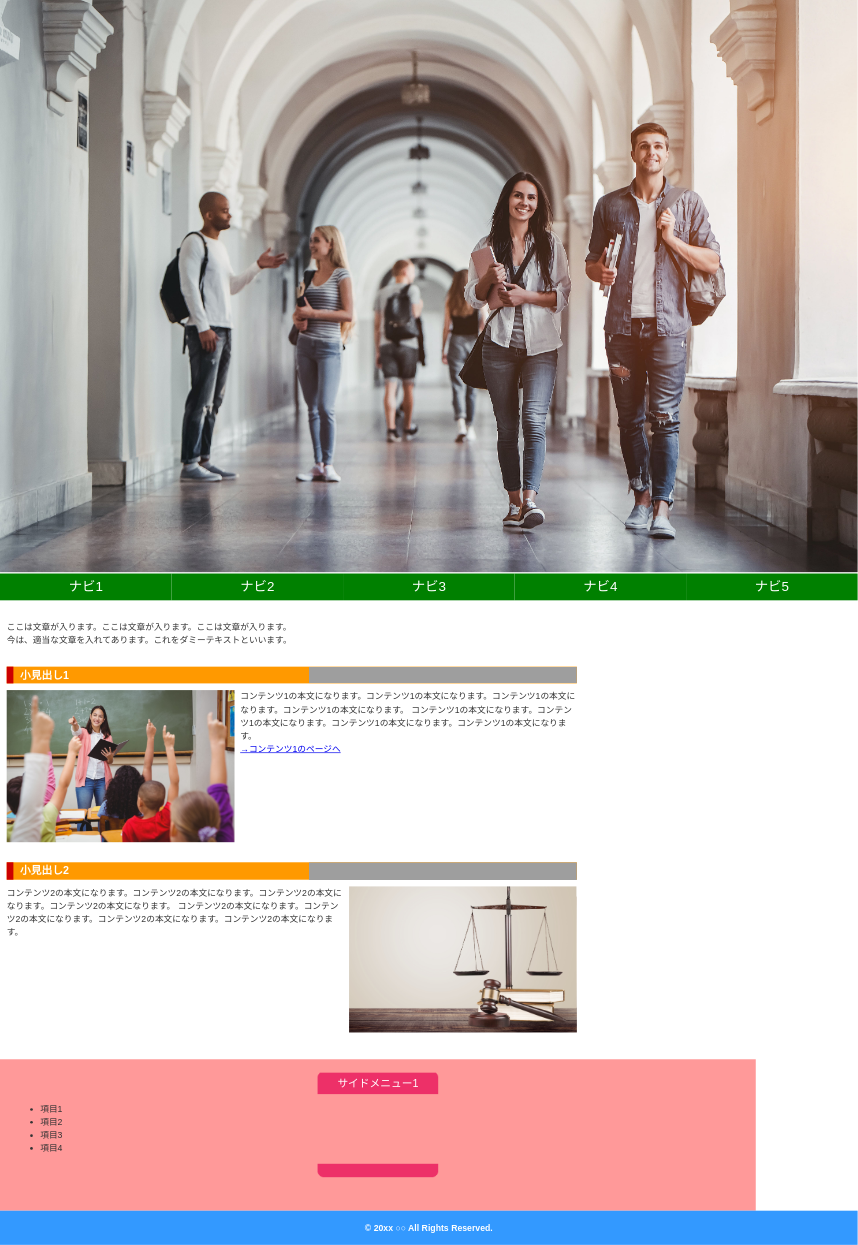
Repository: masa-b24/samurai_HTML-CSS
Page: home.html
The author's editor kept a record of every edit. The page is drawn from the files as they stood at one moment, then again after the next edit.
The browser window is 1280 px wide. The pictures show the whole page, at 67% of full size.
Pictures or frames that could not be fetched are drawn as grey boxes.

Above is the page before.

### home.html
<!DOCTYPE html>
<html lang="ja">
    <head>
        <meta charset="UTF-8">
        <title>HTML/CSSの学習</title>
        <link rel="stylesheet" href="stylesheet.css">
    </head>
    <body>
        <div id="header">
          <h1><a href="index.html"><img id="corridor" src="images/corridor.jpg" alt="大学の廊下" /></a></h1>
        </div>

        <div id="wrapper">
          <div id="nav">
            <ul>
              <li><a href="home.html">ナビ1</a></li>
              <li><a href="#">ナビ2</a></li>
              <li><a href="#">ナビ3</a></li>
              <li><a href="#">ナビ4</a></li>
              <li><a href="#">ナビ5</a></li>
            </ul>
          </div>
            <div id="container">
              <div id="main">
                <div class="post">
                  <p>ここは文章が入ります。ここは文章が入ります。ここは文章が入ります。<br />今は、適当な文章を入れてあります。これをダミーテキストといいます。</p>
                </div>
                <div class="post clearfix">
                  <h2>小見出し1</h2>
                  <img class="left" src="images/classroom.jpg" alt="授業風景" />
                  <p>
                      コンテンツ1の本文になります。コンテンツ1の本文になります。コンテンツ1の本文になります。コンテンツ1の本文になります。
                      コンテンツ1の本文になります。コンテンツ1の本文になります。コンテンツ1の本文になります。コンテンツ1の本文になります。
                  </p>
                  <p><a href="#">→コンテンツ1のページへ</a></p>
                </div>
                <div class="post clearfix">
                  <h2>小見出し2</h2>
                  <img class="right" src="images/scale.jpg" alt="天秤" />
                  <p>
                      コンテンツ2の本文になります。コンテンツ2の本文になります。コンテンツ2の本文になります。コンテンツ2の本文になります。
                      コンテンツ2の本文になります。コンテンツ2の本文になります。コンテンツ2の本文になります。コンテンツ2の本文になります。
                  </p>
                </div>
              </div>
            </div>
              <div id="side">
                <div class="box">
                  <h2>サイドメニュー1</h2>
                  <div class="boxbody">
                    <ul>
                      <li>項目1</li>
                      <li>項目2</li>
                      <li>項目3</li>
                      <li>項目4</li>
                    </ul>
                  </div>
                </div>
              </div>
        </div>
        <div id="footer">
          <p>&copy; 20xx ○○ All Rights Reserved.</p>
        </div>
    </body>
</html>

### stylesheet.css
@charset "utf-8";

body {
	margin: 0;
	padding: 0;
	font-family: "ヒラギノ角ゴ Pro W3", "Hiragino Kaku Gothic Pro", "メイリオ", Meiryo, Osaka, "ＭＳ Ｐゴシック", "MS PGothic", sans-serif;
	color: #333;
	font-size: 13px;
	line-height: 150%;
}

/* -------------------- wrapper -------------------- */
#wrapper {
	width: 100%;
	margin: auto;
	padding: 0px;
	border: 0px;
	background-color: #FFF;
	top: 10px;
}

/* -------------------- header -------------------- */
#header {
	width: 100%;
}
#header h1 {
	margin: 0;
	padding: 0;
}

#corridor {
	width: 100%;
	height: auto;
}

/* -------------------- footer -------------------- */
#footer {
	clear: both;
	width: 100%;
	padding: 3px 0 3px 0;
	background: #39F;
	color: #FFF;
	font-weight: bold;
	text-align: center;
}

/* -------------------- nav -------------------- */
#nav {
	width: 100%;
}
#nav ul {
	display: flex;
	margin: 0;
	padding: 0;
	list-style-type: none;
}
#nav ul li {
	width: 20%;
	text-align: center;
}
#nav ul li a {
	display: block;
	height: 20px;
	margin: 0;
	padding: 10px;
	color: #FFF;
	font-size: 20px;
	text-decoration: none;
	background-color: green;
}

#nav ul li a:hover {
	filter: drop-shadow(10px 10px 10px black);
}

/* -------------------- container -------------------- */
#container {
	width: 100%;
	margin: auto ;
	padding: auto;
	padding-top: 20px;
	clear: both;
	display: grid;
	grid-template-columns: 70vw 30vw;
}
/* -------------------- main -------------------- */
#main {
	width: 95%;
	padding: 10px 30px 10px 10px;
}
#main h2 {
	margin: 0 0 10px 0;
	padding: 3px 10px 3px 10px;
	color: #FFF;
	font-size: 16px;
	border-left: solid 10px #C00;
	background: #F90 url(../images/main_h2.jpg) right top repeat-y;
}
#main p {
	margin: 0;
	padding: 0;
}
#main .post {
	margin: 0 0 30px 0;
}

#main .post img.right {
	margin: 0 0 0 8px;
}
#main .post img.left {
	margin: 0 8px 0 0;
}

.right {
	float: right;
	width: 40%;
	height: auto;
}
.left {
	float: left;
	width: 40%;
	height: auto;
}

/* -------------------- clearfix -------------------- */
.clearfix {
	zoom: 1;
}
.clearfix:after{
	content: "";
	display: block;
	clear: both;
}

/* -------------------- side -------------------- */
#side {
	width: 85%;
	padding: 20px;
	background-color: #F99;
}
#side .box {
	margin: 0 auto 30px auto;
	padding: 0 0 20px 0;
	background: url(images/side_box.png) bottom no-repeat;
}
#side .box h2 {
	margin: 0;
	padding: 8px;
	text-align: center;
	color: #fff;
	font-size: 16px;
	line-height: 16px;
	font-weight: normal;
	background: url(images/side_box_h2.png) center no-repeat;
}
#side .box .boxBody {
	padding: 8px;
	border-right: solid 1px #C36;
	border-bottom: solid 1px #C36;
	border-left: solid 1px #C36;
	background: #fff;
}
#side .box .boxBody ul {
	margin: 0 0 16px 0;
	padding: 0;
}
#side .box .boxBody ul li {
	padding: 8px 0 8px 4px;
	list-style: none;
	border-bottom: solid 1px #C36;
}

#side .box .boxBody ul li:hover {
	padding: 8px 0 8px 4px;
	list-style: none;
	border-bottom: solid 1px #C36;
	box-shadow: 0px 4px 4px rgba(0, 0, 0, 0.3);
}

After the next edit:
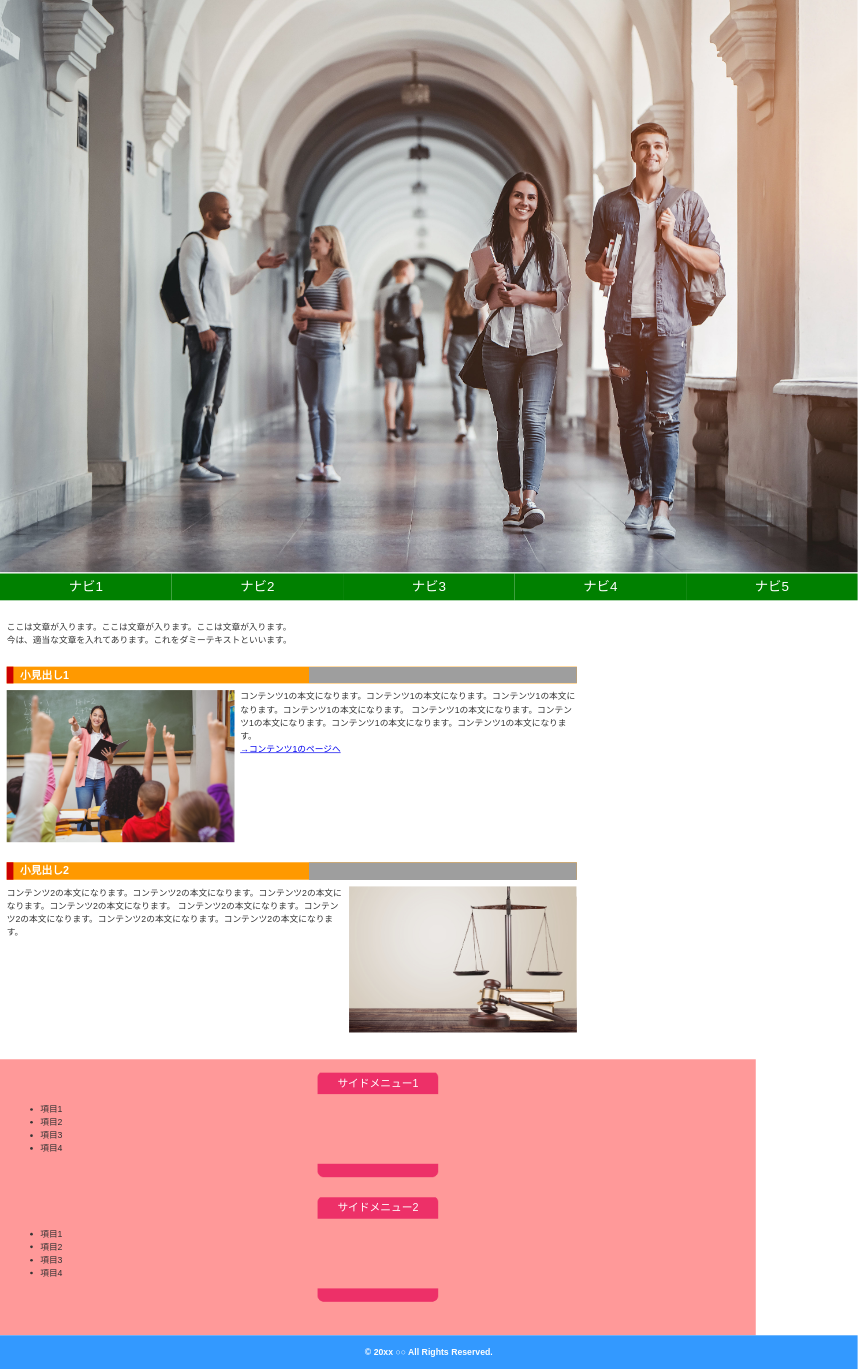
The edit:
--- a/home.html
+++ b/home.html
@@ -56,6 +56,17 @@
                     </ul>
                   </div>
                 </div>
+                <div class="box">
+                  <h2>サイドメニュー2</h2>
+                  <div class="boxbody">
+                    <ul>
+                      <li>項目1</li>
+                      <li>項目2</li>
+                      <li>項目3</li>
+                      <li>項目4</li>
+                    </ul>
+                  </div>
+                </div>
               </div>
         </div>
         <div id="footer">
